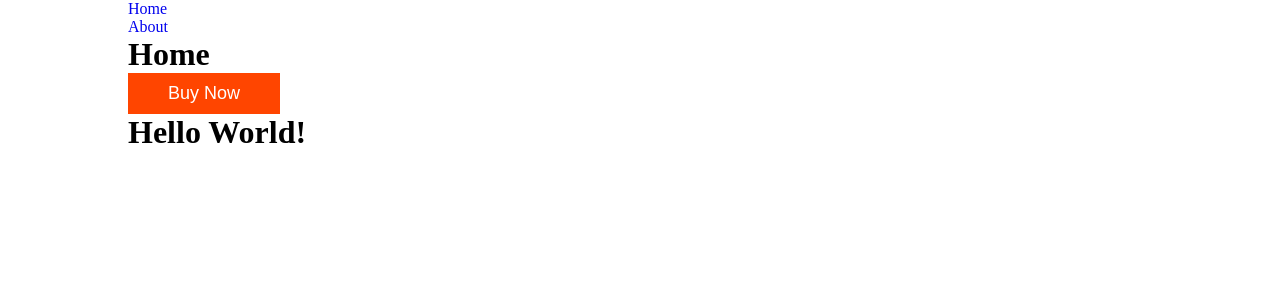
Repository: tuankiet10920/vuejs
Page: /
An editor plug-in stored every save of this project. The page is shown before and after the next save, followed by the edit.
The browser window is 1280 px wide. The pictures show the whole page.
The project was rebuilt for these pictures with package versions that can differ from the ones it lists, and the page was loaded fresh each time. Also part of the build but not shown: vite.config.js, src/components/product.vue.

Above is the page before, as saved 2024-08-23 10:59:51.

After the next save:
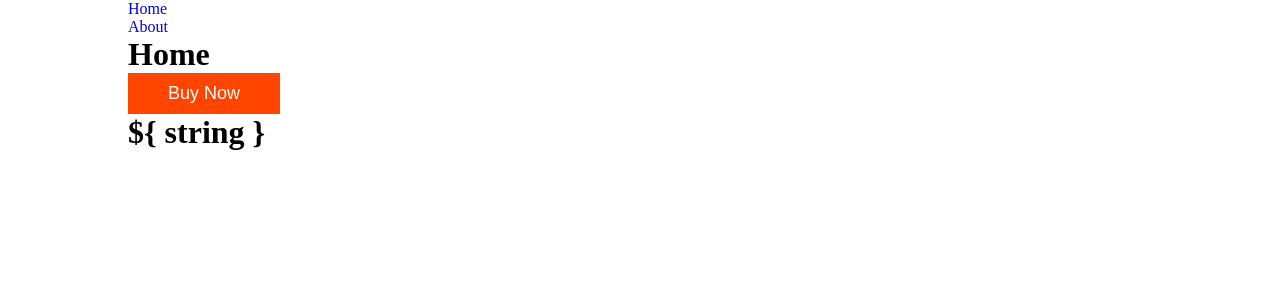
Saved 107 s later.
--- a/src/components/products.vue
+++ b/src/components/products.vue
@@ -1,10 +1,11 @@
 <script setup>
     import ProductComponent from './product.vue';
     import buttonComponent from './button.vue';
+    let string = '';
 </script>
 
 <template>
-    <buttonComponent message="Hello World!"/>
+    <buttonComponent message="${ string }"/>
     <div class="products">
         <!-- <ProductComponent/>
         <ProductComponent/>
